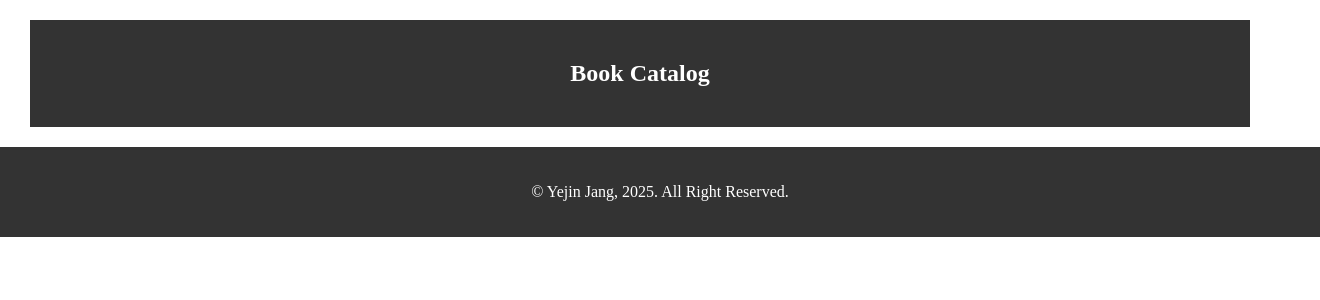
Repository: Yejin-Digital/Lab3-Assignment-BookCatalog
Page: /
The author's editor kept a copy of each file at every save. The page is drawn from the files as they stood at one save, then again after the next save.
The browser window is 1280 px wide. The page is 1320 px wide, then 1280 px, then 1320 px, so the pictures cover 1320 px, including what lies to the right of the window. The pictures show the whole page.
The project was rebuilt for these pictures with package versions that can differ from the ones it lists, and the page was loaded fresh each time. Also part of the build but not shown: vite.config.js.

Above is the page before, as saved 2025-09-19 01:31:05.

After the next save:
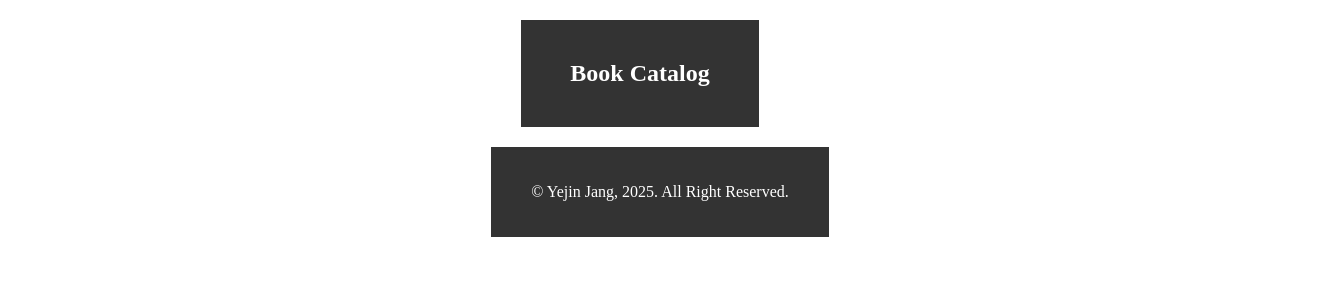
Saved 12 s later.
--- a/src/index.css
+++ b/src/index.css
@@ -16,11 +16,6 @@
   width: 100%;
   margin: 0 auto;
   min-height: 100%;
-}
-
-#root {
-  flex: 1;
-  width: 100%;
 }
 
 .header-content {

After the save that followed:
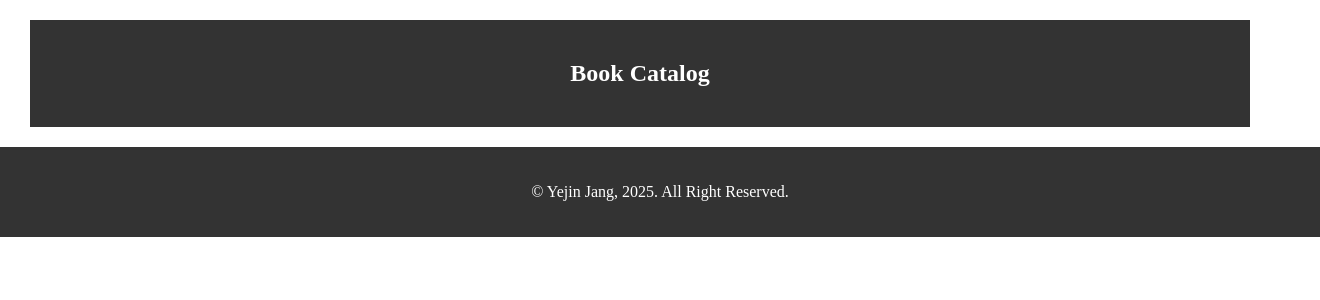
Saved 11 s later.
--- a/src/index.css
+++ b/src/index.css
@@ -16,6 +16,10 @@
   width: 100%;
   margin: 0 auto;
   min-height: 100%;
+}
+
+#root {
+  width: 100%;
 }
 
 .header-content {
